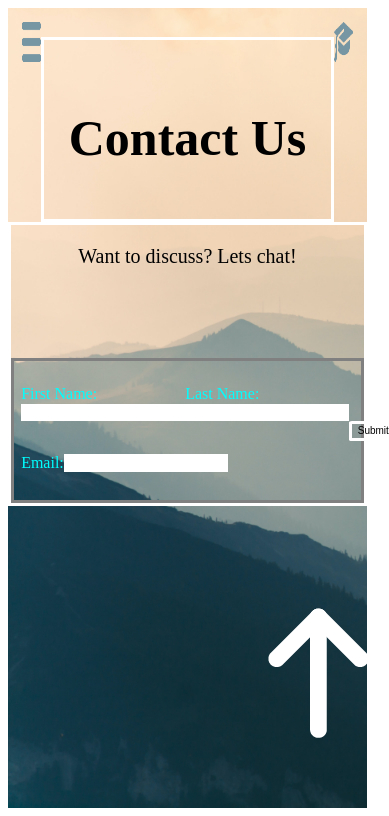
Repository: sierralaurent/MDIA2109-Assignment01
Page: /contact
These files come from the project's save history. The page is drawn as it stood at one moment and after the next save; the edit follows.
The browser window is 375 px wide. The page is 389 px wide, so the pictures cover 389 px, including what lies to the right of the window. The pictures show the whole page.
The project was rebuilt for these pictures with package versions that can differ from the ones it lists, and the page was loaded fresh each time. The framework's server and built-in components were replaced by stand-ins that run in the browser. Also part of the build but not shown: next.config.js.

Above is the page before, as saved 2023-02-05 13:26:51.

After the next save:
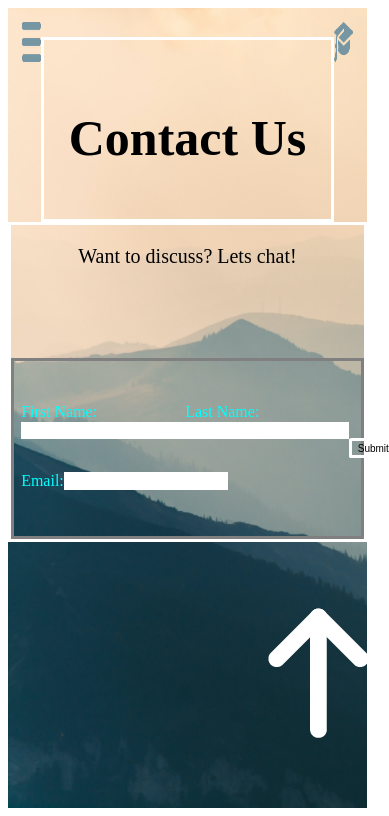
Saved 49 s later.
--- a/styles/Contact.module.css
+++ b/styles/Contact.module.css
@@ -132,4 +132,7 @@
     .inputs input {
       width: 10rem;
     }
+    .inputs {
+      padding: 5%;
+    }
 }

After the save that followed:
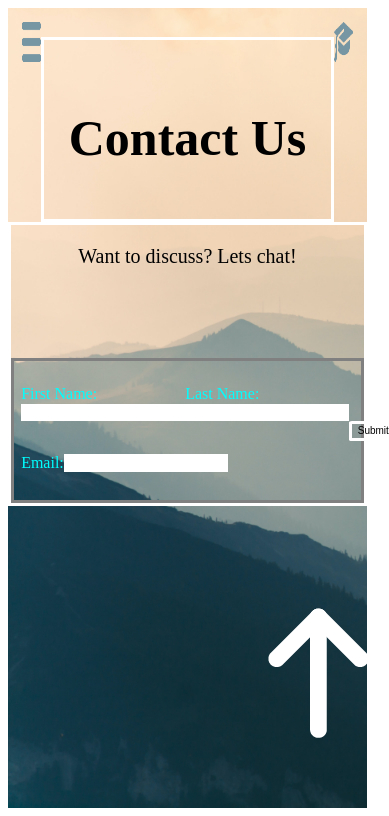
Saved 8 s later.
--- a/styles/Contact.module.css
+++ b/styles/Contact.module.css
@@ -132,7 +132,4 @@
     .inputs input {
       width: 10rem;
     }
-    .inputs {
-      padding: 5%;
-    }
 }
